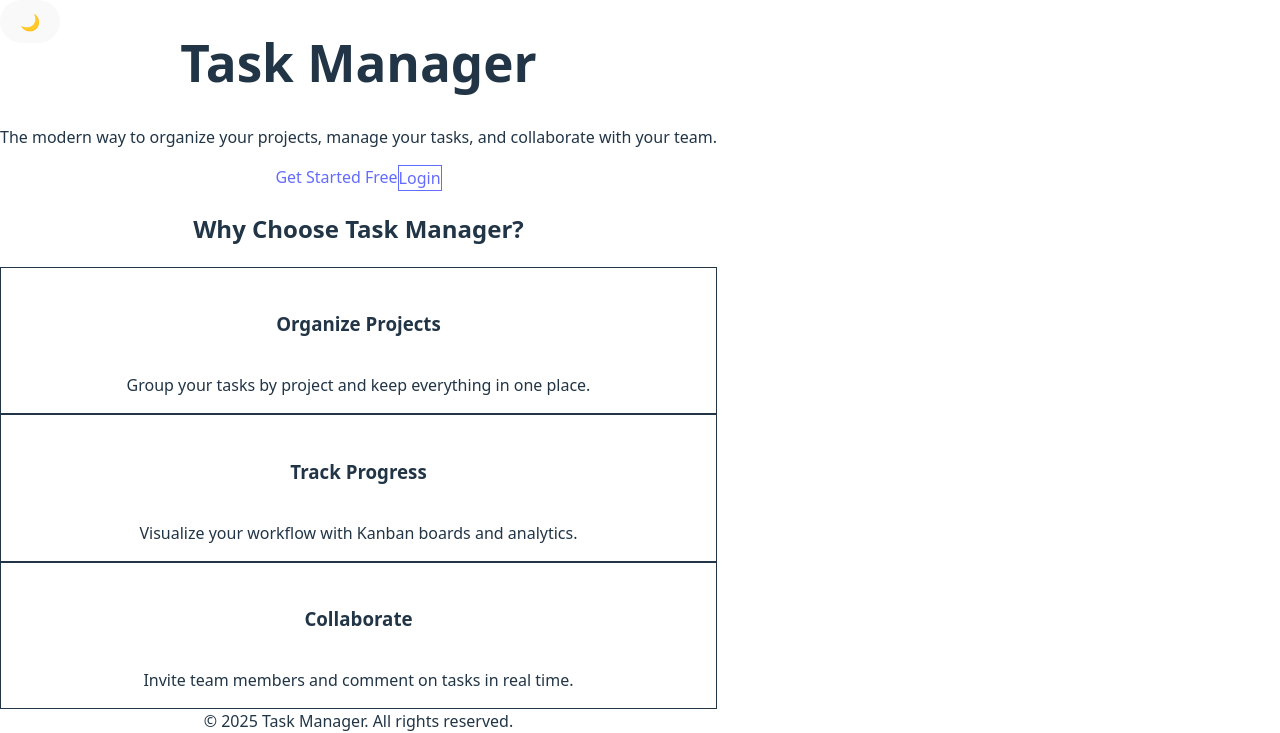
Repository: him021204/Task-Manager
Page: / (app in client/)
The author's editor kept a copy of each file at every save. The page is drawn from the files as they stood at one save, then again after the next save.
The browser window is 1280 px wide. The pictures show the whole page.
The page's requests for data from a server got no answer. The project was rebuilt for these pictures with package versions that can differ from the ones it lists, and the page was loaded fresh each time. No one was signed in, and anything a server would have sent is missing. Also part of the build but not shown: client/vite.config.js, client/src/pages/Dashboard.jsx, client/src/pages/Login.jsx, client/src/pages/Register.jsx, client/src/pages/Analytics.jsx, client/src/pages/CalendarView.jsx.

Above is the page before, as saved 2025-06-15 15:46:10.

### client/src/App.jsx
import { useState} from 'react';
import { BrowserRouter as Router, Routes, Route } from 'react-router-dom';
import { SocketProvider } from './context/SocketContext';
import { AuthProvider } from './context/AuthContext';
import Home from './pages/Home';
import Dashboard from './pages/Dashboard';
import Login from './pages/Login';
import Register from './pages/Register';
import Analytics from './pages/Analytics';
import CalendarView from './pages/CalendarView';
import { ToastContainer } from 'react-toastify';
import 'react-toastify/dist/ReactToastify.css';

const DarkModeToggle = ({ dark, setDark }) => (
  <button
    onClick={() => setDark(!dark)}
    className="fixed top-2 right-2 z-50 p-2 rounded-full bg-gray-200 dark:bg-gray-700"
    aria-label="Toggle dark mode"
    title="Toggle dark mode"
  >
    {dark ? '🌞' : '🌙'}
  </button>
);

const App = () => {
  const [dark, setDark] = useState(false);
  return (
    <div className={dark ? 'min-h-screen bg-gray-900 text-white' : 'min-h-screen bg-gray-100 text-black'}>
      <AuthProvider>
        <SocketProvider>
          <Router>
            <DarkModeToggle dark={dark} setDark={setDark} />
            <main className="pt-12 px-2 max-w-7xl mx-auto">
              <Routes>
                <Route path="/" element={<Home />} />
                <Route path="/dashboard" element={<Dashboard />} />
                <Route path="/login" element={<Login />} />
                <Route path="/register" element={<Register />} />
                <Route path="/analytics" element={<Analytics />} />
                <Route path="/calendar" element={<CalendarView />} />
              </Routes>
            </main>
          </Router>
          <ToastContainer position="top-right" autoClose={3000} />
        </SocketProvider>
      </AuthProvider>
    </div>
  );
};

export default App;

### client/src/context/SocketContext.jsx
import { createContext, useContext, useEffect } from 'react';
import { socket } from '../utils/socket';

const SocketContext = createContext();

export const SocketProvider = ({ children }) => {
  useEffect(() => {
    return () => socket.disconnect();
  }, []);

  return (
    <SocketContext.Provider value={socket}>
      {children}
    </SocketContext.Provider>
  );
};

export const useSocket = () => useContext(SocketContext);

### client/src/context/AuthContext.jsx
import { createContext, useContext, useEffect, useState } from 'react';
import axios from 'axios';

export const AuthContext = createContext();

export const AuthProvider = ({ children }) => {
  const [user, setUser] = useState(null);
  const [token, setToken] = useState(localStorage.getItem('token'));

  useEffect(() => {
    if (token) {
      axios.defaults.headers.common['Authorization'] = `Bearer ${token}`;
      setUser(JSON.parse(localStorage.getItem('user')));
    }
  }, [token]);

  const login = (data) => {
    localStorage.setItem('token', data.token);
    localStorage.setItem('user', JSON.stringify(data.user));
    setUser(data.user);
    setToken(data.token);
  };

  const logout = () => {
    localStorage.clear();
    setUser(null);
    setToken(null);
  };

  return (
    <AuthContext.Provider value={{ user, login, logout }}>
      {children}
    </AuthContext.Provider>
  );
};

export const useAuth = () => useContext(AuthContext);

### client/src/pages/Home.jsx
import { Link } from 'react-router-dom';

const features = [
  {
    title: "Organize Projects",
    desc: "Group your tasks by project and keep everything in one place.",
    icon: (
      <svg className="w-8 h-8 text-blue-500" fill="none" stroke="currentColor" strokeWidth="2" viewBox="0 0 24 24">
        <path strokeLinecap="round" strokeLinejoin="round" d="M3 7h18M3 12h18M3 17h18" />
      </svg>
    ),
  },
  {
    title: "Track Progress",
    desc: "Visualize your workflow with Kanban boards and analytics.",
    icon: (
      <svg className="w-8 h-8 text-green-500" fill="none" stroke="currentColor" strokeWidth="2" viewBox="0 0 24 24">
        <path strokeLinecap="round" strokeLinejoin="round" d="M9 17v-2a2 2 0 012-2h2a2 2 0 012 2v2m-6 4h6a2 2 0 002-2v-6a2 2 0 00-2-2h-2a2 2 0 00-2 2v6a2 2 0 002 2z" />
      </svg>
    ),
  },
  {
    title: "Collaborate",
    desc: "Invite team members and comment on tasks in real time.",
    icon: (
      <svg className="w-8 h-8 text-purple-500" fill="none" stroke="currentColor" strokeWidth="2" viewBox="0 0 24 24">
        <path strokeLinecap="round" strokeLinejoin="round" d="M17 20h5v-2a4 4 0 00-3-3.87M9 20H4v-2a4 4 0 013-3.87M16 3.13a4 4 0 010 7.75M8 3.13a4 4 0 010 7.75" />
      </svg>
    ),
  },
];

const Home = () => (
  <div className="min-h-screen bg-gradient-to-br from-blue-100 via-white to-green-100 dark:from-gray-900 dark:via-gray-800 dark:to-gray-900 transition-colors">
    {/* Hero Section */}
    <header className="w-full px-4 py-8 flex flex-col items-center">
      <div className="max-w-3xl w-full text-center">
        <div className="flex justify-center mb-6">
          <span className="inline-flex items-center justify-center w-20 h-20 rounded-full bg-blue-100 dark:bg-blue-900 shadow-lg">
            <svg className="w-12 h-12 text-blue-500 dark:text-blue-300" fill="none" stroke="currentColor" strokeWidth="2" viewBox="0 0 24 24">
              <path strokeLinecap="round" strokeLinejoin="round" d="M9 17v-2a2 2 0 012-2h2a2 2 0 012 2v2m-6 4h6a2 2 0 002-2v-6a2 2 0 00-2-2h-2a2 2 0 00-2 2v6a2 2 0 002 2z" />
            </svg>
          </span>
        </div>
        <h1 className="text-5xl font-extrabold mb-4 text-blue-700 dark:text-blue-300 drop-shadow">Task Manager</h1>
        <p className="mb-8 text-xl text-gray-700 dark:text-gray-200">
          The modern way to organize your projects, manage your tasks, and collaborate with your team.
        </p>
        <div className="flex justify-center gap-4 mb-8">
          <Link to="/register" className="bg-blue-600 hover:bg-blue-700 text-white px-8 py-3 rounded-lg font-semibold shadow transition">
            Get Started Free
          </Link>
          <Link to="/login" className="bg-white dark:bg-gray-700 border border-blue-600 dark:border-blue-400 text-blue-700 dark:text-blue-300 px-8 py-3 rounded-lg font-semibold shadow transition hover:bg-blue-50 dark:hover:bg-gray-800">
            Login
          </Link>
        </div>
      </div>
    </header>

    {/* Features Section */}
    <section className="max-w-4xl mx-auto px-4 py-12">
      <h2 className="text-2xl font-bold text-center mb-8 text-gray-800 dark:text-gray-100">Why Choose Task Manager?</h2>
      <div className="grid grid-cols-1 md:grid-cols-3 gap-8">
        {features.map((feature, idx) => (
          <div key={idx} className="bg-white/80 dark:bg-gray-800/80 rounded-xl shadow-lg p-6 flex flex-col items-center text-center border border-gray-200 dark:border-gray-700">
            <div className="mb-4">{feature.icon}</div>
            <h3 className="text-lg font-semibold mb-2 text-gray-800 dark:text-gray-200">{feature.title}</h3>
            <p className="text-gray-600 dark:text-gray-400">{feature.desc}</p>
          </div>
        ))}
      </div>
    </section>

    {/* Footer */}
    <footer className="w-full py-6 text-center text-xs text-gray-400 dark:text-gray-500">
      © {new Date().getFullYear()} Task Manager. All rights reserved.
    </footer>
  </div>
);

export default Home;

### client/src/utils/socket.js
import { io } from 'socket.io-client';
export const socket = io('http://localhost:5000'); // or your production URL

Loaded but not shown: client/index.html (common file); client/src/main.jsx (common file); client/src/index.css (common file)

After the next save:
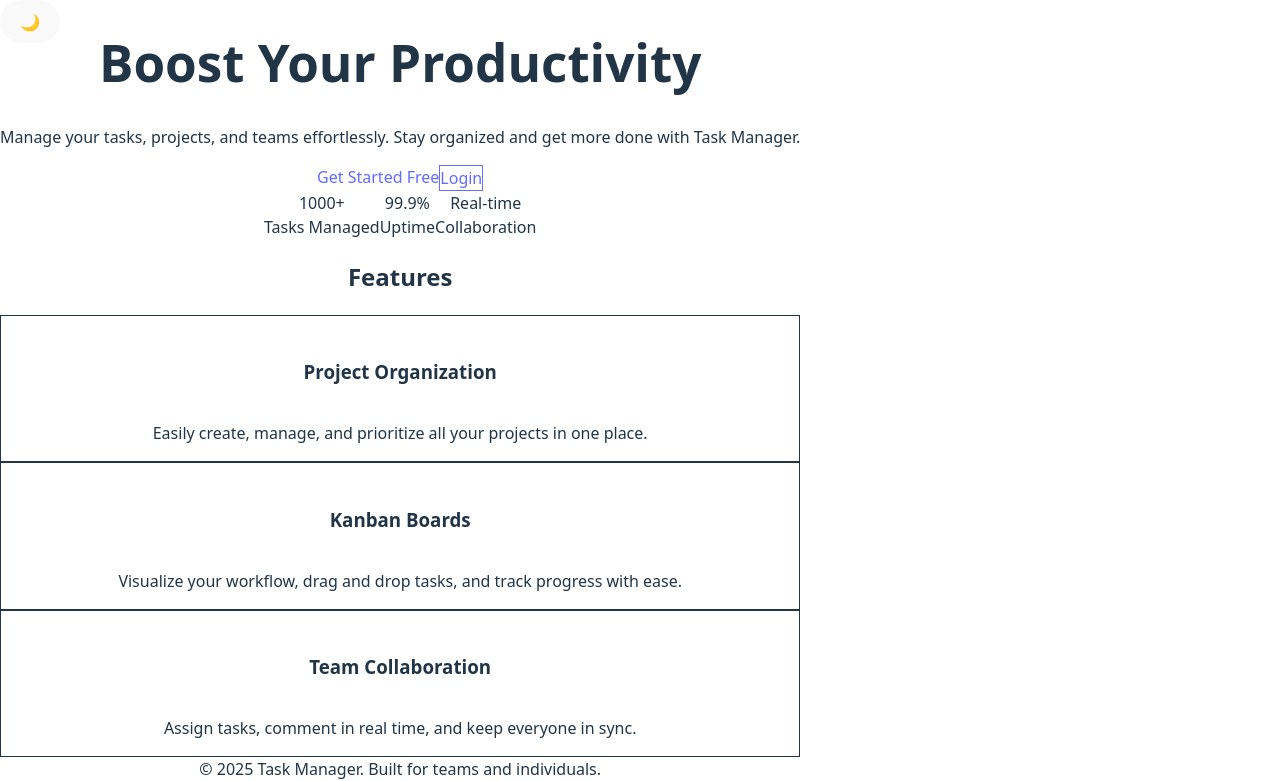
Saved 104 s later.
--- a/client/src/pages/Home.jsx
+++ b/client/src/pages/Home.jsx
@@ -2,49 +2,49 @@ import { Link } from 'react-router-dom';
 
 const features = [
   {
-    title: "Organize Projects",
-    desc: "Group your tasks by project and keep everything in one place.",
+    title: "Project Organization",
+    desc: "Easily create, manage, and prioritize all your projects in one place.",
     icon: (
       <svg className="w-8 h-8 text-blue-500" fill="none" stroke="currentColor" strokeWidth="2" viewBox="0 0 24 24">
-        <path strokeLinecap="round" strokeLinejoin="round" d="M3 7h18M3 12h18M3 17h18" />
+        <rect x="3" y="4" width="18" height="6" rx="2" />
+        <rect x="3" y="14" width="9" height="6" rx="2" />
+        <rect x="15" y="14" width="6" height="6" rx="2" />
       </svg>
     ),
   },
   {
-    title: "Track Progress",
-    desc: "Visualize your workflow with Kanban boards and analytics.",
+    title: "Kanban Boards",
+    desc: "Visualize your workflow, drag and drop tasks, and track progress with ease.",
     icon: (
       <svg className="w-8 h-8 text-green-500" fill="none" stroke="currentColor" strokeWidth="2" viewBox="0 0 24 24">
-        <path strokeLinecap="round" strokeLinejoin="round" d="M9 17v-2a2 2 0 012-2h2a2 2 0 012 2v2m-6 4h6a2 2 0 002-2v-6a2 2 0 00-2-2h-2a2 2 0 00-2 2v6a2 2 0 002 2z" />
+        <rect x="3" y="5" width="4" height="14" rx="2" />
+        <rect x="10" y="5" width="4" height="9" rx="2" />
+        <rect x="17" y="5" width="4" height="4" rx="2" />
       </svg>
     ),
   },
   {
-    title: "Collaborate",
-    desc: "Invite team members and comment on tasks in real time.",
+    title: "Team Collaboration",
+    desc: "Assign tasks, comment in real time, and keep everyone in sync.",
     icon: (
       <svg className="w-8 h-8 text-purple-500" fill="none" stroke="currentColor" strokeWidth="2" viewBox="0 0 24 24">
-        <path strokeLinecap="round" strokeLinejoin="round" d="M17 20h5v-2a4 4 0 00-3-3.87M9 20H4v-2a4 4 0 013-3.87M16 3.13a4 4 0 010 7.75M8 3.13a4 4 0 010 7.75" />
+        <circle cx="8" cy="8" r="3" />
+        <circle cx="16" cy="8" r="3" />
+        <path d="M2 20v-2a4 4 0 014-4h4a4 4 0 014 4v2" />
+        <path d="M17 20v-2a4 4 0 013-3.87" />
       </svg>
     ),
   },
 ];
 
 const Home = () => (
-  <div className="min-h-screen bg-gradient-to-br from-blue-100 via-white to-green-100 dark:from-gray-900 dark:via-gray-800 dark:to-gray-900 transition-colors">
+  <div className="min-h-screen bg-gradient-to-br from-blue-50 via-white to-green-50 dark:from-gray-900 dark:via-gray-800 dark:to-gray-900 transition-colors">
     {/* Hero Section */}
-    <header className="w-full px-4 py-8 flex flex-col items-center">
-      <div className="max-w-3xl w-full text-center">
-        <div className="flex justify-center mb-6">
-          <span className="inline-flex items-center justify-center w-20 h-20 rounded-full bg-blue-100 dark:bg-blue-900 shadow-lg">
-            <svg className="w-12 h-12 text-blue-500 dark:text-blue-300" fill="none" stroke="currentColor" strokeWidth="2" viewBox="0 0 24 24">
-              <path strokeLinecap="round" strokeLinejoin="round" d="M9 17v-2a2 2 0 012-2h2a2 2 0 012 2v2m-6 4h6a2 2 0 002-2v-6a2 2 0 00-2-2h-2a2 2 0 00-2 2v6a2 2 0 002 2z" />
-            </svg>
-          </span>
-        </div>
-        <h1 className="text-5xl font-extrabold mb-4 text-blue-700 dark:text-blue-300 drop-shadow">Task Manager</h1>
-        <p className="mb-8 text-xl text-gray-700 dark:text-gray-200">
-          The modern way to organize your projects, manage your tasks, and collaborate with your team.
+    <header className="w-full px-4 py-16 flex flex-col items-center">
+      <div className="max-w-2xl w-full text-center">
+        <h1 className="text-5xl font-extrabold mb-4 text-blue-700 dark:text-blue-300 drop-shadow">Boost Your Productivity</h1>
+        <p className="mb-8 text-lg text-gray-700 dark:text-gray-200">
+          Manage your tasks, projects, and teams effortlessly. Stay organized and get more done with Task Manager.
         </p>
         <div className="flex justify-center gap-4 mb-8">
           <Link to="/register" className="bg-blue-600 hover:bg-blue-700 text-white px-8 py-3 rounded-lg font-semibold shadow transition">
@@ -54,15 +54,29 @@ const Home = () => (
             Login
           </Link>
         </div>
+        <div className="flex justify-center gap-8 mt-8">
+          <div className="text-center">
+            <div className="text-2xl font-bold text-blue-600 dark:text-blue-300">1000+</div>
+            <div className="text-xs text-gray-500 dark:text-gray-400">Tasks Managed</div>
+          </div>
+          <div className="text-center">
+            <div className="text-2xl font-bold text-green-600 dark:text-green-300">99.9%</div>
+            <div className="text-xs text-gray-500 dark:text-gray-400">Uptime</div>
+          </div>
+          <div className="text-center">
+            <div className="text-2xl font-bold text-purple-600 dark:text-purple-300">Real-time</div>
+            <div className="text-xs text-gray-500 dark:text-gray-400">Collaboration</div>
+          </div>
+        </div>
       </div>
     </header>
 
     {/* Features Section */}
     <section className="max-w-4xl mx-auto px-4 py-12">
-      <h2 className="text-2xl font-bold text-center mb-8 text-gray-800 dark:text-gray-100">Why Choose Task Manager?</h2>
+      <h2 className="text-2xl font-bold text-center mb-8 text-gray-800 dark:text-gray-100">Features</h2>
       <div className="grid grid-cols-1 md:grid-cols-3 gap-8">
         {features.map((feature, idx) => (
-          <div key={idx} className="bg-white/80 dark:bg-gray-800/80 rounded-xl shadow-lg p-6 flex flex-col items-center text-center border border-gray-200 dark:border-gray-700">
+          <div key={idx} className="bg-white/90 dark:bg-gray-800/90 rounded-xl shadow-lg p-6 flex flex-col items-center text-center border border-gray-200 dark:border-gray-700">
             <div className="mb-4">{feature.icon}</div>
             <h3 className="text-lg font-semibold mb-2 text-gray-800 dark:text-gray-200">{feature.title}</h3>
             <p className="text-gray-600 dark:text-gray-400">{feature.desc}</p>
@@ -73,7 +87,7 @@ const Home = () => (
 
     {/* Footer */}
     <footer className="w-full py-6 text-center text-xs text-gray-400 dark:text-gray-500">
-      © {new Date().getFullYear()} Task Manager. All rights reserved.
+      © {new Date().getFullYear()} Task Manager. Built for teams and individuals.
     </footer>
   </div>
 );
